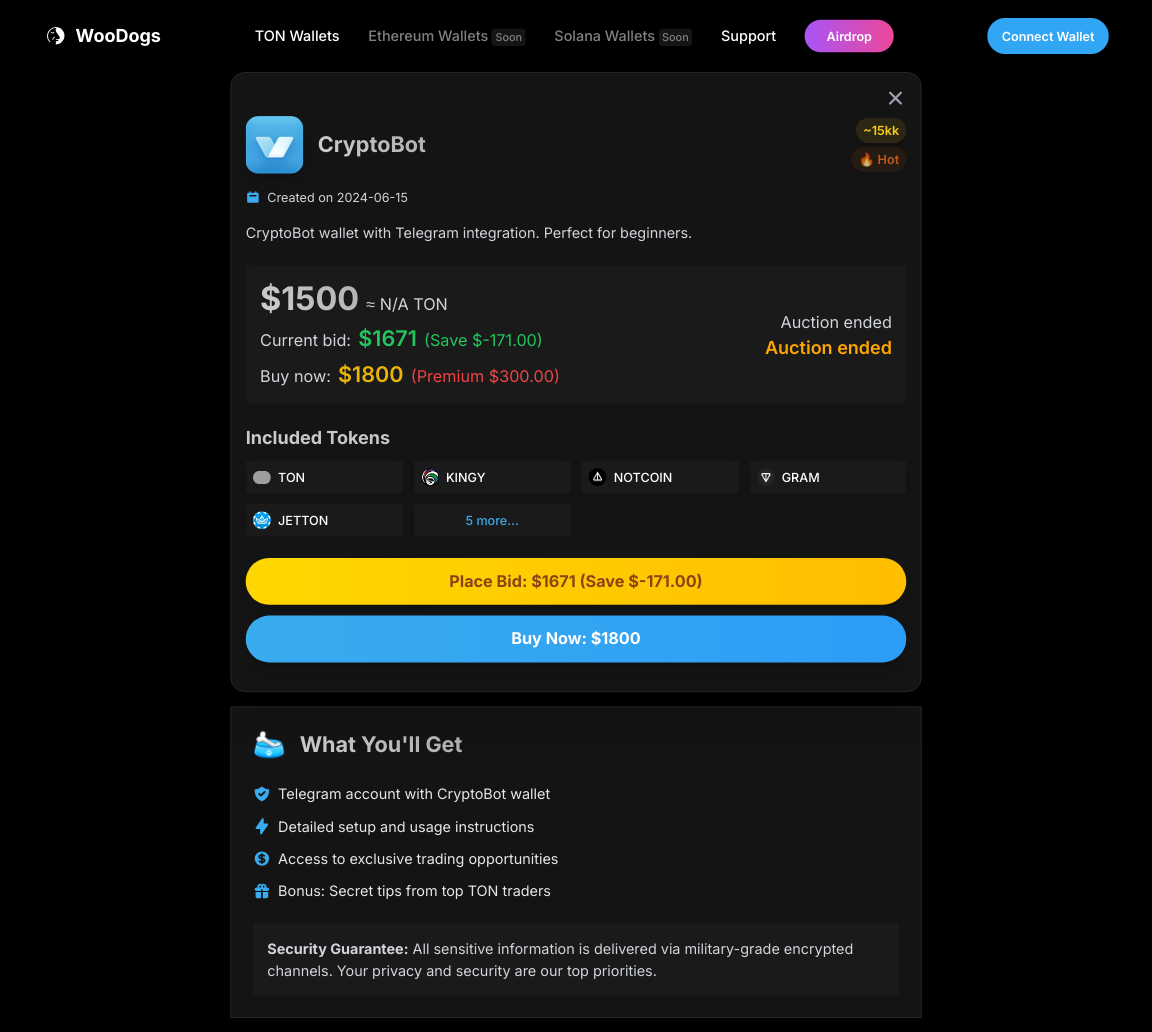
Repository: itititi/woofdogs_off
Page: /wallet/cryptobot-1
An editor plug-in stored every save of this project. The page is shown before and after the next save, followed by the edit.
The browser window is 1280 px wide. The pictures show the whole page, at 90% of full size.
Pictures or frames that could not be fetched are drawn as grey boxes. The page's requests for data from a server got no answer. The project was rebuilt for these pictures with package versions that can differ from the ones it lists, and the page was loaded fresh each time. The framework's server and built-in components were replaced by stand-ins that run in the browser. No one was signed in, and anything a server would have sent is missing. Also part of the build but not shown: next.config.mjs.

Above is the page before, as saved 2024-10-25 23:00:22.

### src/app/wallet/[id]/page.tsx
'use client';

import React, { useEffect, useState, useMemo } from 'react';
import Image from 'next/image';
import { getWalletData } from '@/data/getWalletData';
import { useRouter } from 'next/navigation';
import Header from '@/components/Header';
import WalletSkeleton from '@/components/WalletSkeleton';
import { WalletOffer } from '@/data/walletOffers';

interface WalletPageProps {
  params: {
    id: string;
  };
}

const getWalletContents = (walletName: string) => {
  switch (walletName) {
    case 'CryptoBot':
      return "Telegram account with CryptoBot wallet";
    case 'TON Wallet':
      return "TON Wallet account";
    case 'TON Space':
      return "Seed phrases for TON Space wallet";
    default:
      return "Wallet account details";
  }
};

export default function WalletPage({ params }: WalletPageProps) {
  const [wallet, setWallet] = useState<WalletOffer | null>(null);
  const [tonAmount, setTonAmount] = useState<string>('N/A');
  const [isLoading, setIsLoading] = useState(true);
  const router = useRouter();
  const [timeLeft, setTimeLeft] = useState<string>('');
  const [isAuctionEnded, setIsAuctionEnded] = useState(false);
  const [bidPrice, setBidPrice] = useState<number | null>(null);
  const [blitzPrice, setBlitzPrice] = useState<number | null>(null);

  const additionalTokensCount = useMemo(() => {
    if (!wallet) return 5;
    // Используем id кошелька для генерации псевдослучайного числа
    const seed = params.id.split('').reduce((acc, char) => acc + char.charCodeAt(0), 0);
    return 5 + (seed % 6); // Генерируем число от 5 до 10
  }, [params.id, wallet]);

  const auctionEndTime = useMemo(() => {
    if (typeof window === 'undefined') return 0;
    const storedEndTime = localStorage.getItem(`auctionEndTime_${params.id}`);
    if (storedEndTime) {
      return parseInt(storedEndTime, 10);
    }
    // Если нет сохраненного времени, генерируем новое
    const seed = params.id.split('').reduce((acc, char) => acc + char.charCodeAt(0), 0);
    const random = Math.sin(seed) * 10000;
    const hours = Math.floor(random % 48); // От 0 до 47 часов
    const endTime = Date.now() + hours * 3600000;
    localStorage.setItem(`auctionEndTime_${params.id}`, endTime.toString());
    return endTime;
  }, [params.id]);

  useEffect(() => {
    const fetchData = async () => {
      setIsLoading(true);
      const walletData = await getWalletData(params.id);
      if (!walletData) {
        router.push('/404');
        return;
      }
      setWallet(walletData);

      const storedBidPrice = localStorage.getItem(`bidPrice_${params.id}`);
      if (storedBidPrice) {
        setBidPrice(parseFloat(storedBidPrice));
      } else {
        const newBidPrice = Math.round(walletData.priceUSD * (1.05 + Math.random() * 0.1)); // 105-115% от priceUSD
        setBidPrice(newBidPrice);
        localStorage.setItem(`bidPrice_${params.id}`, newBidPrice.toString());
      }

      try {
        const response = await fetch('https://api.coingecko.com/api/v3/simple/price?ids=the-open-network&vs_currencies=usd');
        const data = await response.json();
        const tonPrice = data['the-open-network'].usd;
        setTonAmount((walletData.priceUSD / tonPrice).toFixed(2));
      } catch (error) {
        console.error('Error fetching TON price:', error);
      }

      // Генерация цен
      const basePrice = walletData.priceUSD;
      setBlitzPrice(Math.round(basePrice * 1.2)); // Блиц-цена еще выше

      setIsLoading(false);
    };

    fetchData();
  }, [params.id, router]);

  useEffect(() => {
    const updateTimer = () => {
      const now = Date.now();
      const difference = auctionEndTime - now;

      if (difference <= 0) {
        setIsAuctionEnded(true);
        setTimeLeft('Auction ended');
      } else {
        const hours = Math.floor((difference / (1000 * 60 * 60)) % 24);
        const minutes = Math.floor((difference / 1000 / 60) % 60);
        const seconds = Math.floor((difference / 1000) % 60);
        setTimeLeft(`${hours.toString().padStart(2, '0')}:${minutes.toString().padStart(2, '0')}:${seconds.toString().padStart(2, '0')}`);
        setIsAuctionEnded(false);
      }
    };

    updateTimer();
    const timer = setInterval(updateTimer, 1000);

    return () => clearInterval(timer);
  }, [auctionEndTime]);

  const handleClose = () => {
    router.push('/');
  };

  if (isLoading) {
    return <WalletSkeleton />;
  }

  if (!wallet) {
    return null;
  }

  const walletContents = getWalletContents(wallet.name);

  return (
    <div className="min-h-screen bg-black text-white flex flex-col">
      <Header />
      <main className="flex-grow py-4 px-4 mt-16 overflow-y-auto">
        <div className="max-w-3xl mx-auto">
          <div className="bg-[#141414] rounded-2xl overflow-hidden shadow-2xl p-4 mb-4 border border-[#2A2A2E] relative">
            <div className="flex justify-end mb-2">
              <button
                onClick={handleClose}
                className="text-gray-400 hover:text-white transition-colors duration-200"
              >
                <svg xmlns="http://www.w3.org/2000/svg" className="h-6 w-6" viewBox="0 0 20 20" fill="currentColor">
                  <path fillRule="evenodd" d="M4.293 4.293a1 1 0 011.414 0L10 8.586l4.293-4.293a1 1 0 111.414 1.414L11.414 10l4.293 4.293a1 1 0 01-1.414 1.414L10 11.414l-4.293 4.293a1 1 0 01-1.414-1.414L8.586 10 4.293 5.707a1 1 0 010-1.414z" clipRule="evenodd" />
                </svg>
              </button>
            </div>
            <div className="flex items-center justify-between mb-4">
              <div className="flex items-center">
                <div className="w-16 h-16 rounded-[22%] overflow-hidden mr-4 shadow-lg">
                  <Image src={wallet.icon} alt={wallet.name} width={64} height={64} className="object-cover" />
                </div>
                <h1 className="text-2xl font-bold titanium-gradient">{wallet.name}</h1>
              </div>
              <div className="flex flex-col items-end">
                <span className="text-yellow-400 font-semibold text-sm bg-yellow-400/10 px-2 py-1 rounded-full shadow-md mb-1">
                  {wallet.priceRange}
                </span>
                {wallet.isHot ? (
                  <span className="text-orange-500 font-semibold text-sm bg-orange-500/10 px-2 py-1 rounded-full shadow-md animate-pulse">
                    🔥 Hot
                  </span>
                ) : (
                  <span className="text-green-500 font-semibold text-sm bg-green-500/10 px-2 py-1 rounded-full shadow-md">
                    🐸 Cool
                  </span>
                )}
              </div>
            </div>

            <div className="flex items-center text-gray-300 mb-4">
              <svg xmlns="http://www.w3.org/2000/svg" className="h-4 w-4 mr-2 text-[#3AABEE]" viewBox="0 0 20 20" fill="currentColor">
                <path fillRule="evenodd" d="M6 2a1 1 0 00-1 1v1H4a2 2 0 00-2 2v10a2 2 0 002 2h12a2 2 0 002-2V6a2 2 0 00-2-2h-1V3a1 1 0 10-2 0v1H7V3a1 1 0 00-1-1zm0 5a1 1 0 000 2h8a1 1 0 100-2H6z" clipRule="evenodd" />
              </svg>
              <span className="text-sm">Created on {wallet.createdAt}</span>
            </div>

            <p className="text-gray-300 text-base mb-6 leading-relaxed">{wallet.description}</p>

            <div className="flex flex-col sm:flex-row sm:justify-between sm:items-center mb-6 bg-[#1A1A1A] p-4 rounded-lg shadow-inner">
              <div className="mb-2 sm:mb-0">
                <div className="mb-2">
                  <span className="text-2xl sm:text-3xl md:text-4xl font-bold titanium-gradient">${wallet.priceUSD}</span>
                  <span className="text-sm sm:text-base md:text-lg text-gray-300 ml-2">
                    ≈ {tonAmount} TON
                  </span>
                </div>
                <div className="mb-2">
                  <span className="text-sm sm:text-base md:text-lg text-gray-300">Current bid:</span>
                  <span className="text-lg sm:text-xl md:text-2xl font-semibold text-green-500 ml-2">${bidPrice ?? 'N/A'}</span>
                  {bidPrice !== null && (
                    <span className="text-sm sm:text-base md:text-lg text-green-500 ml-2">
                      (Save ${(wallet.priceUSD - bidPrice).toFixed(2)})
                    </span>
                  )}
                </div>
                <div>
                  <span className="text-sm sm:text-base md:text-lg text-gray-300">Buy now:</span>
                  <span className="text-lg sm:text-xl md:text-2xl font-semibold text-yellow-500 ml-2">${blitzPrice ?? 'N/A'}</span>
                  {blitzPrice !== null && (
                    <span className="text-sm sm:text-base md:text-lg text-red-500 ml-2">
                      (Premium ${(blitzPrice - wallet.priceUSD).toFixed(2)})
                    </span>
                  )}
                </div>
              </div>
              <div className="flex flex-col items-start sm:items-end mt-4 sm:mt-0">
                <span className="text-gray-300 text-sm sm:text-base md:text-lg">
                  {isAuctionEnded ? 'Auction ended' : 'Auction ends in:'}
                </span>
                <span className="font-semibold text-base sm:text-lg md:text-xl text-[#FFA500]">
                  {timeLeft}
                </span>
              </div>
            </div>

            {/* Tokens list */}
            <div className="mb-6">
              <h3 className="text-lg sm:text-xl font-bold titanium-gradient mb-3">Included Tokens</h3>
              <div className="grid grid-cols-3 sm:grid-cols-4 gap-2 sm:gap-3">
                {wallet.tokens.map((tokenData, index) => (
                  <div key={index} className="bg-[#1A1A1A] rounded-lg p-2 flex items-center shadow-md">
                    <Image
                      src={tokenData.token.logo}
                      alt={tokenData.token.name}
                      width={20}
                      height={20}
                      className="rounded-full mr-2"
                    />
                    <span className="font-medium text-xs sm:text-sm">{tokenData.token.symbol}</span>
                  </div>
                ))}
                <div className="bg-[#1A1A1A] rounded-lg p-2 flex items-center justify-center shadow-md">
                  <span className="font-medium text-xs sm:text-sm text-[#3AABEE]">
                    {additionalTokensCount} more...
                  </span>
                </div>
              </div>
            </div>

            <div className="flex flex-col gap-3 mb-4">
              <button
                className="w-full bg-gradient-to-r from-[#FFD700] to-[#FFA500] text-[#8B4513] text-lg font-bold py-3 px-6 rounded-full hover:brightness-110 transition-all duration-300 shadow-lg hover:shadow-xl"
              >
                Place Bid: ${bidPrice ?? 'N/A'} {bidPrice !== null && `(Save $${(wallet.priceUSD - bidPrice).toFixed(2)})`}
              </button>
              <button
                className="w-full bg-gradient-to-r from-[#3AABEE] to-[#1E90FF] text-white text-lg font-bold py-3 px-6 rounded-full hover:brightness-110 transition-all duration-300 shadow-lg hover:shadow-xl"
              >
                Buy Now: ${blitzPrice ?? 'N/A'}
              </button>
            </div>
          </div>

          {/* Card for wallet contents */}
          <div className="bg-[#141414] rounded-lg overflow-hidden shadow-2xl p-4 sm:p-6 border border-[#2A2A2E]">
            <div className="flex items-center mb-4 sm:mb-6">
              <Image
                src="/inside.gif"
                alt="What's Inside"
                width={36}
                height={36}
                className="mr-3 sm:mr-4"
              />
              <h2 className="text-xl sm:text-2xl font-bold titanium-gradient">What You'll Get</h2>
            </div>
            <ul className="space-y-3 text-gray-200 text-sm sm:text-base mb-6">
              <li className="flex items-center">
                <svg xmlns="http://www.w3.org/2000/svg" className="h-5 w-5 mr-2 text-[#3AABEE]" viewBox="0 0 20 20" fill="currentColor">
                  <path fillRule="evenodd" d="M2.166 4.999A11.954 11.954 0 0010 1.944 11.954 11.954 0 0017.834 5c.11.65.166 1.32.166 2.001 0 5.225-3.34 9.67-8 11.317C5.34 16.67 2 12.225 2 7c0-.682.057-1.35.166-2.001zm11.541 3.708a1 1 0 00-1.414-1.414L9 10.586 7.707 9.293a1 1 0 00-1.414 1.414l2 2a1 1 0 001.414 0l4-4z" clipRule="evenodd" />
                </svg>
                <span>{walletContents}</span>
              </li>
              <li className="flex items-center">
                <svg xmlns="http://www.w3.org/2000/svg" className="h-5 w-5 mr-2 text-[#3AABEE]" viewBox="0 0 20 20" fill="currentColor">
                  <path fillRule="evenodd" d="M11.3 1.046A1 1 0 0112 2v5h4a1 1 0 01.82 1.573l-7 10A1 1 0 018 18v-5H4a1 1 0 01-.82-1.573l7-10a1 1 0 011.12-.38z" clipRule="evenodd" />
                </svg>
                <span>Detailed setup and usage instructions</span>
              </li>
              <li className="flex items-center">
                <svg xmlns="http://www.w3.org/2000/svg" className="h-5 w-5 mr-2 text-[#3AABEE]" viewBox="0 0 20 20" fill="currentColor">
                  <path d="M8.433 7.418c.155-.103.346-.196.567-.267v1.698a2.305 2.305 0 01-.567-.267C8.07 8.34 8 8.114 8 8c0-.114.07-.34.433-.582zM11 12.849v-1.698c.22.071.412.164.567.267.364.243.433.468.433.582 0 .114-.07.34-.433.582a2.305 2.305 0 01-.567.267z" />
                  <path fillRule="evenodd" d="M10 18a8 8 0 100-16 8 8 0 000 16zm1-13a1 1 0 10-2 0v.092a4.535 4.535 0 00-1.676.662C6.602 6.234 6 7.009 6 8c0 .99.602 1.765 1.324 2.246.48.32 1.054.545 1.676.662v1.941c-.391-.127-.68-.317-.843-.504a1 1 0 10-1.51 1.31c.562.649 1.413 1.076 2.353 1.253V15a1 1 0 102 0v-.092a4.535 4.535 0 001.676-.662C13.398 13.766 14 12.991 14 12c0-.99-.602-1.765-1.324-2.246A4.535 4.535 0 0011 9.092V7.151c.391.127.68.317.843.504a1 1 0 101.511-1.31c-.563-.649-1.413-1.076-2.354-1.253V5z" clipRule="evenodd" />
                </svg>
                <span>Access to exclusive trading opportunities</span>
              </li>
              <li className="flex items-center">
                <svg xmlns="http://www.w3.org/2000/svg" className="h-5 w-5 mr-2 text-[#3AABEE]" viewBox="0 0 20 20" fill="currentColor">
                  <path fillRule="evenodd" d="M5 5a3 3 0 015-2.236A3 3 0 0114.83 6H16a2 2 0 110 4h-5V9a1 1 0 10-2 0v1H4a2 2 0 110-4h1.17C5.06 5.687 5 5.35 5 5zm4 1V5a1 1 0 10-1 1h1zm3 0a1 1 0 10-1-1v1h1z" clipRule="evenodd" />
                  <path d="M9 11H3v5a2 2 0 002 2h4v-7zM11 18h4a2 2 0 002-2v-5h-6v7z" />
                </svg>
                <span>Bonus: Secret tips from top TON traders</span>
              </li>
            </ul>
            <p className="text-gray-300 text-sm sm:text-base bg-[#1A1A1A] p-3 sm:p-4 rounded-lg">
              <strong>Security Guarantee:</strong> All sensitive information is delivered via military-grade encrypted channels. Your privacy and security are our top priorities.
            </p>
          </div>
        </div>
      </main>
      <style jsx global>{`
        .titanium-gradient {
          background: linear-gradient(
            45deg,
            #E8E8E8,
            #D3D3D3,
            #BEBEBE,
            #A9A9A9
          );
          background-size: 200% 200%;
          -webkit-background-clip: text;
          background-clip: text;
          color: transparent;
          animation: titanium 10s ease infinite;
        }

        @keyframes titanium {
          0% {
            background-position: 0% 50%;
          }
          50% {
            background-position: 100% 50%;
          }
          100% {
            background-position: 0% 50%;
          }
        }
      `}</style>
    </div>
  );
}

Loaded but not shown: src/components/Header.tsx (211 lines, source omitted); src/app/globals.css (349 lines, source omitted); src/data/walletOffers.ts (183 lines, source omitted); src/components/WalletSkeleton.tsx (77 lines, source omitted); tailwind.config.ts (82 lines, source omitted); src/contexts/LanguageContext.tsx (43 lines, source omitted); src/data/tonTokens.ts (19 lines, source omitted); src/components/SearchContext.tsx (28 lines, source omitted); src/data/getWalletData.ts (9 lines, source omitted); src/app/layout.tsx (43 lines, source omitted)

After the next save:
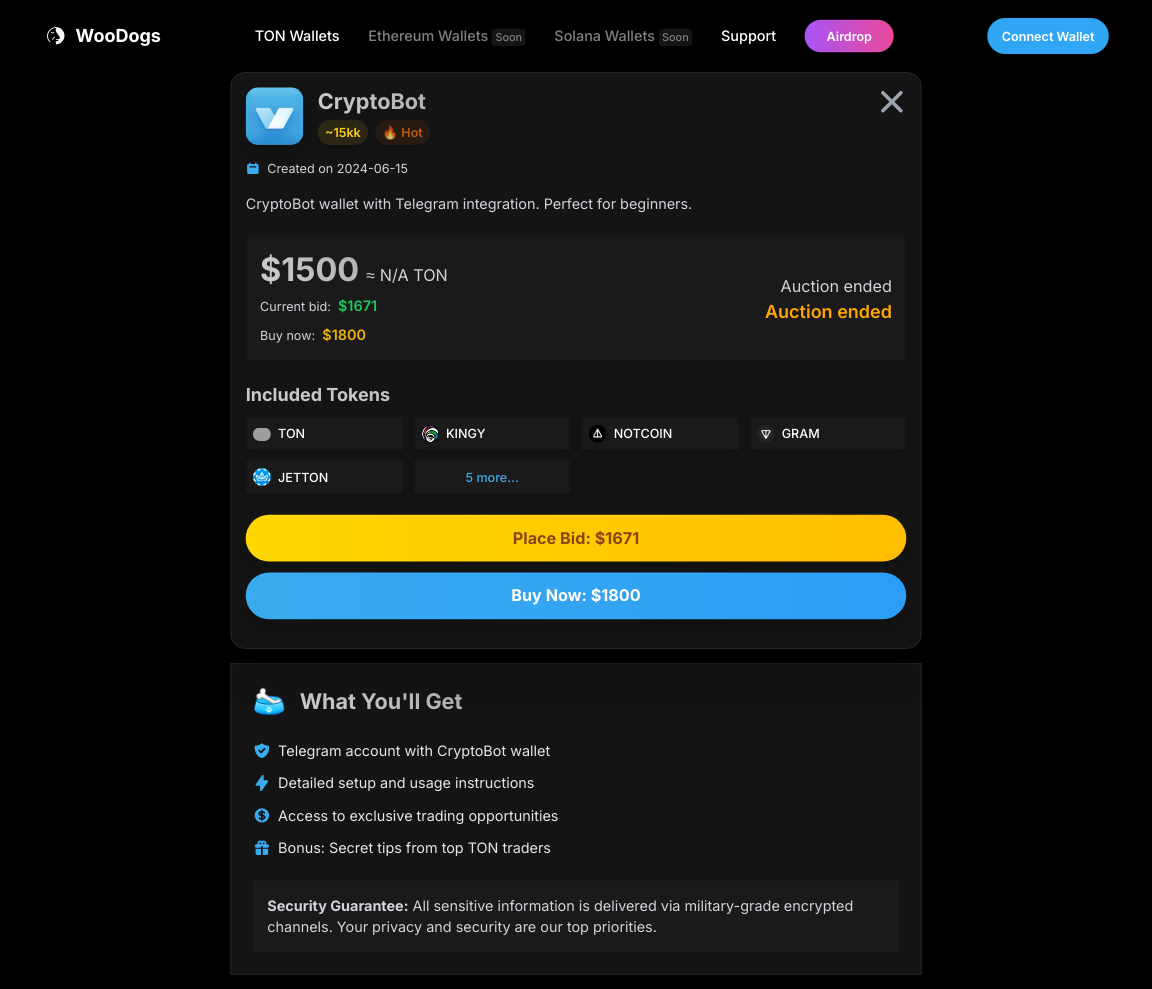
Saved 8 min 44 s later.
--- a/src/app/wallet/[id]/page.tsx
+++ b/src/app/wallet/[id]/page.tsx
@@ -140,36 +140,33 @@
       <main className="flex-grow py-4 px-4 mt-16 overflow-y-auto">
         <div className="max-w-3xl mx-auto">
           <div className="bg-[#141414] rounded-2xl overflow-hidden shadow-2xl p-4 mb-4 border border-[#2A2A2E] relative">
-            <div className="flex justify-end mb-2">
-              <button
-                onClick={handleClose}
-                className="text-gray-400 hover:text-white transition-colors duration-200"
-              >
-                <svg xmlns="http://www.w3.org/2000/svg" className="h-6 w-6" viewBox="0 0 20 20" fill="currentColor">
-                  <path fillRule="evenodd" d="M4.293 4.293a1 1 0 011.414 0L10 8.586l4.293-4.293a1 1 0 111.414 1.414L11.414 10l4.293 4.293a1 1 0 01-1.414 1.414L10 11.414l-4.293 4.293a1 1 0 01-1.414-1.414L8.586 10 4.293 5.707a1 1 0 010-1.414z" clipRule="evenodd" />
-                </svg>
-              </button>
-            </div>
+            <button
+              onClick={handleClose}
+              className="absolute top-3 right-3 text-gray-400 hover:text-white transition-colors duration-200"
+            >
+              <svg xmlns="http://www.w3.org/2000/svg" className="h-10 w-10" viewBox="0 0 20 20" fill="currentColor">
+                <path fillRule="evenodd" d="M4.293 4.293a1 1 0 011.414 0L10 8.586l4.293-4.293a1 1 0 111.414 1.414L11.414 10l4.293 4.293a1 1 0 01-1.414 1.414L10 11.414l-4.293 4.293a1 1 0 01-1.414-1.414L8.586 10 4.293 5.707a1 1 0 010-1.414z" clipRule="evenodd" />
+              </svg>
+            </button>
+
             <div className="flex items-center justify-between mb-4">
               <div className="flex items-center">
                 <div className="w-16 h-16 rounded-[22%] overflow-hidden mr-4 shadow-lg">
                   <Image src={wallet.icon} alt={wallet.name} width={64} height={64} className="object-cover" />
                 </div>
-                <h1 className="text-2xl font-bold titanium-gradient">{wallet.name}</h1>
-              </div>
-              <div className="flex flex-col items-end">
-                <span className="text-yellow-400 font-semibold text-sm bg-yellow-400/10 px-2 py-1 rounded-full shadow-md mb-1">
-                  {wallet.priceRange}
-                </span>
-                {wallet.isHot ? (
-                  <span className="text-orange-500 font-semibold text-sm bg-orange-500/10 px-2 py-1 rounded-full shadow-md animate-pulse">
-                    🔥 Hot
-                  </span>
-                ) : (
-                  <span className="text-green-500 font-semibold text-sm bg-green-500/10 px-2 py-1 rounded-full shadow-md">
-                    🐸 Cool
-                  </span>
-                )}
+                <div>
+                  <h1 className="text-2xl font-bold titanium-gradient">{wallet.name}</h1>
+                  <div className="flex items-center mt-1">
+                    <span className="text-yellow-400 font-semibold text-sm bg-yellow-400/10 px-2 py-1 rounded-full shadow-md mr-2">
+                      {wallet.priceRange}
+                    </span>
+                    {wallet.isHot && (
+                      <span className="text-orange-500 font-semibold text-sm bg-orange-500/10 px-2 py-1 rounded-full shadow-md animate-pulse">
+                        🔥 Hot
+                      </span>
+                    )}
+                  </div>
+                </div>
               </div>
             </div>
 
@@ -183,7 +180,7 @@
             <p className="text-gray-300 text-base mb-6 leading-relaxed">{wallet.description}</p>
 
             <div className="flex flex-col sm:flex-row sm:justify-between sm:items-center mb-6 bg-[#1A1A1A] p-4 rounded-lg shadow-inner">
-              <div className="mb-2 sm:mb-0">
+              <div className="mb-4 sm:mb-0">
                 <div className="mb-2">
                   <span className="text-2xl sm:text-3xl md:text-4xl font-bold titanium-gradient">${wallet.priceUSD}</span>
                   <span className="text-sm sm:text-base md:text-lg text-gray-300 ml-2">
@@ -191,25 +188,15 @@
                   </span>
                 </div>
                 <div className="mb-2">
-                  <span className="text-sm sm:text-base md:text-lg text-gray-300">Current bid:</span>
-                  <span className="text-lg sm:text-xl md:text-2xl font-semibold text-green-500 ml-2">${bidPrice ?? 'N/A'}</span>
-                  {bidPrice !== null && (
-                    <span className="text-sm sm:text-base md:text-lg text-green-500 ml-2">
-                      (Save ${(wallet.priceUSD - bidPrice).toFixed(2)})
-                    </span>
-                  )}
+                  <span className="text-sm text-gray-300">Current bid:</span>
+                  <span className="text-base font-semibold text-green-500 ml-2">${bidPrice ?? 'N/A'}</span>
                 </div>
                 <div>
-                  <span className="text-sm sm:text-base md:text-lg text-gray-300">Buy now:</span>
-                  <span className="text-lg sm:text-xl md:text-2xl font-semibold text-yellow-500 ml-2">${blitzPrice ?? 'N/A'}</span>
-                  {blitzPrice !== null && (
-                    <span className="text-sm sm:text-base md:text-lg text-red-500 ml-2">
-                      (Premium ${(blitzPrice - wallet.priceUSD).toFixed(2)})
-                    </span>
-                  )}
+                  <span className="text-sm text-gray-300">Buy now:</span>
+                  <span className="text-base font-semibold text-yellow-500 ml-2">${blitzPrice ?? 'N/A'}</span>
                 </div>
               </div>
-              <div className="flex flex-col items-start sm:items-end mt-4 sm:mt-0">
+              <div className="flex flex-col items-start sm:items-end">
                 <span className="text-gray-300 text-sm sm:text-base md:text-lg">
                   {isAuctionEnded ? 'Auction ended' : 'Auction ends in:'}
                 </span>
@@ -247,7 +234,7 @@
               <button
                 className="w-full bg-gradient-to-r from-[#FFD700] to-[#FFA500] text-[#8B4513] text-lg font-bold py-3 px-6 rounded-full hover:brightness-110 transition-all duration-300 shadow-lg hover:shadow-xl"
               >
-                Place Bid: ${bidPrice ?? 'N/A'} {bidPrice !== null && `(Save $${(wallet.priceUSD - bidPrice).toFixed(2)})`}
+                Place Bid: ${bidPrice ?? 'N/A'}
               </button>
               <button
                 className="w-full bg-gradient-to-r from-[#3AABEE] to-[#1E90FF] text-white text-lg font-bold py-3 px-6 rounded-full hover:brightness-110 transition-all duration-300 shadow-lg hover:shadow-xl"
